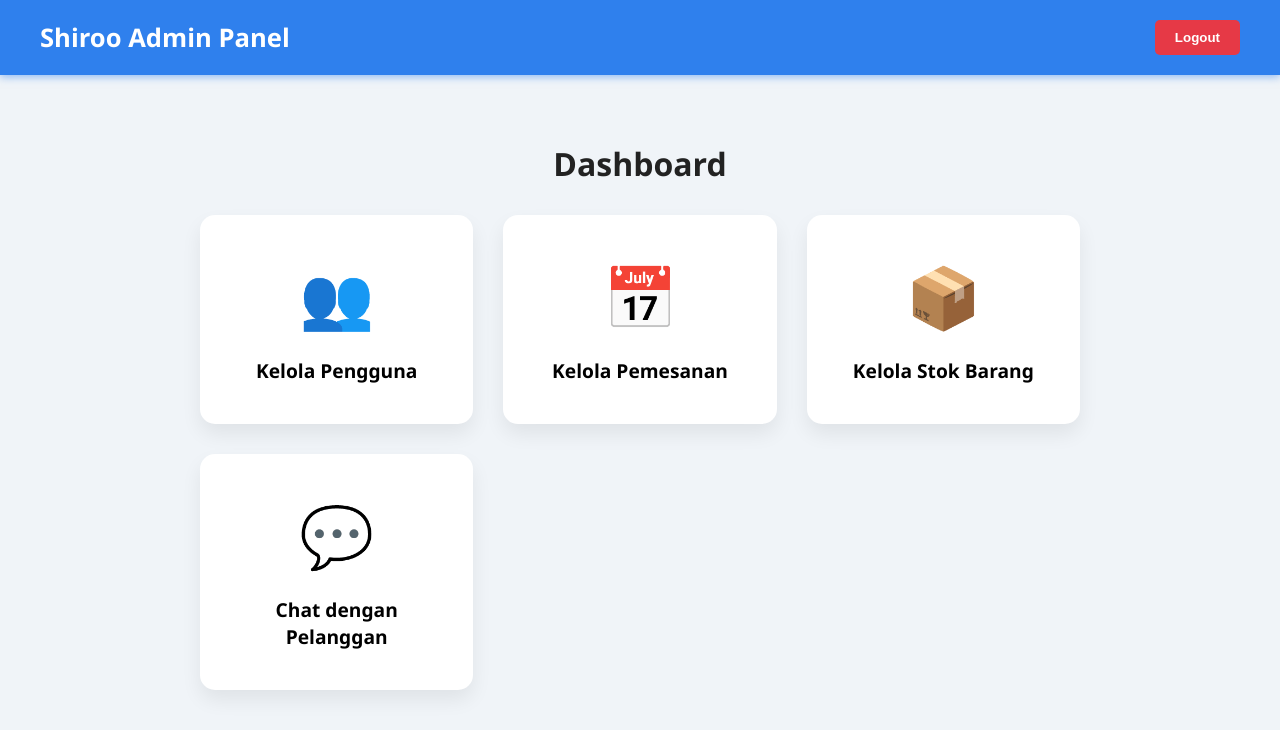
Repository: Senicccc/Shiroo-Pet-Store-Web-App
Page: http://localhost/admin/dashboard.php
These files come from the project's save history. The page is drawn as it stood at one moment and after the next save; the edit follows.
The browser window is 1280 px wide. The pictures show the whole page.
The page is run by PHP 8.4 with error messages shown; the project is at /var/www/html/. The session is filled in as if someone had signed in: {"admin_id": 3}. The database holds what the project's SQL file puts in it.

Above is the page before, as saved 2025-05-31 11:46:08.

After the next save:
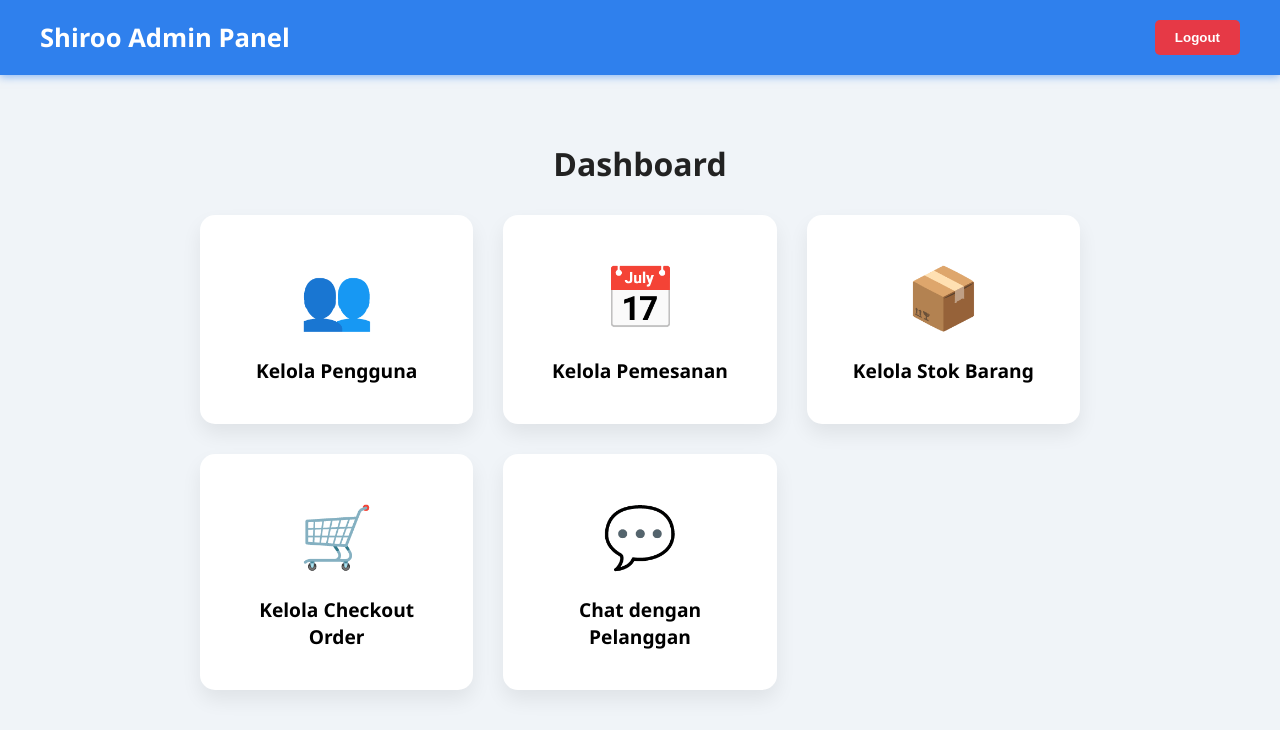
Saved 48 s later.
--- a/admin/dashboard.php
+++ b/admin/dashboard.php
@@ -1,13 +1,11 @@
 <?php
 session_start();
 
-// Cek apakah admin sudah login
 if (!isset($_SESSION['admin_id'])) {
     header("Location: login.php");
     exit;
 }
 
-// Koneksi database untuk ambil username admin
 $koneksi = new mysqli("localhost", "root", "", "shiroo_db");
 $admin_id = $_SESSION['admin_id'];
 $query = $koneksi->prepare("SELECT username FROM admin WHERE id = ?");
@@ -27,6 +25,7 @@ $username = $admin ? $admin['username'] : "Admin";
     <meta name="viewport" content="width=device-width, initial-scale=1" />
     <title>Dashboard Admin - Shiroo Pet Store</title>
     <link rel="stylesheet" href="css/dashboard.css">
+</head>
 
 <body>
     <header>
@@ -53,6 +52,10 @@ $username = $admin ? $admin['username'] : "Admin";
                 <div class="card-icon">📦</div>
                 Kelola Stok Barang
             </a>
+            <a href="manage-checkout-orders.php" class="card" title="Kelola Checkout Order">
+                <div class="card-icon">🛒</div>
+                Kelola Checkout Order
+            </a>
             <a href="chat-customers.php" class="card" title="Chat dengan Pelanggan">
                 <div class="card-icon">💬</div>
                 Chat dengan Pelanggan
